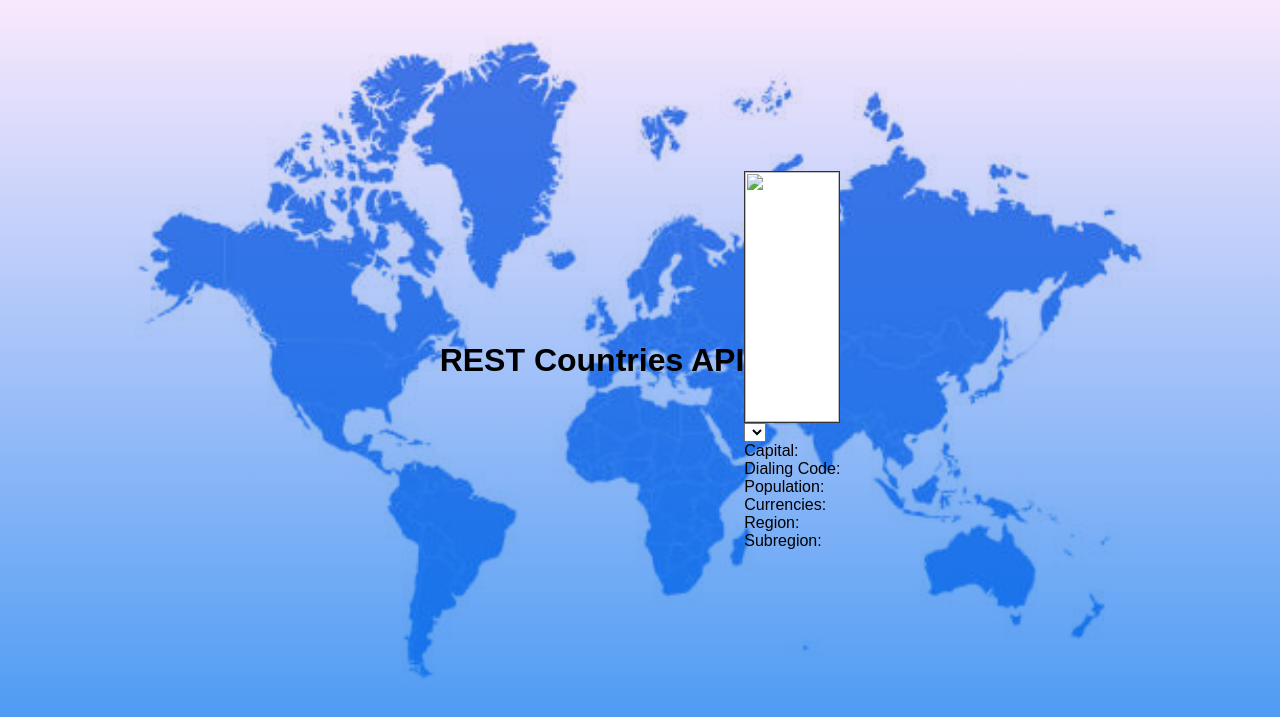
Repository: KhoaTran204/Rest-countries-api-app
Page: index.html
The author's editor kept a copy of each file at every save. The page is drawn from the files as they stood at one save, then again after the next save.
The browser window is 1280 px wide. The pictures show the whole page.
The page's requests for data from a server got no answer.

Above is the page before, as saved 2024-04-14 08:43:09.

### index.html
<!DOCTYPE html>
<html lang="en">
  <head>
    <meta charset="UTF-8" />
    <meta name="viewport" content="width=device-width, initial-scale=1.0" />
    <link rel="stylesheet" href="style.css" />
    <title>Rest Countries API</title>
  </head>
  <body>
    <h1>REST Countries API</h1>
    <div id="main-container">
      <div id="flag-container">
        <img src="" alt="" />
      </div>
      <div id="info-container">
        <select id="countries"></select>
        <p>Capital: <span id="capital"></span></p>
        <p>Dialing Code: <span id="dialing-code"></span></p>
        <p>Population: <span id="population"></span></p>
        <p>Currencies: <span id="currencies"></span></p>
        <p>Region: <span id="region"></span></p>
        <p>Subregion: <span id="subregion"></span></p>
      </div>
    </div>
    <script src="app.js"></script>
  </body>
</html>

### style.css
* {
  margin: 0;
  padding: 0;
  box-sizing: border-box;
}

body {
  font-family: sans-serif;
  height: 100vh;
  display: flex;
  justify-content: center;
  align-items: center;
  /* background-image: url(anh/bando.jpg);
  background-repeat: no-repeat;
  background-position: center;
  background-size: cover; */
  background: linear-gradient(
      to top,
      rgba(4, 113, 239, 0.7),
      rgba(191, 35, 235, 0.1)
    ),
    url(anh/bando.jpg) no-repeat center/cover;
}

#flag-container {
  height: 252px;
  background-color: #fff;
  border: 1px solid #333;
}

#flag-container img {
  display: block;
  width: 100%;
  height: 100%;
}

.container {
  background-color: aquamarine;
}

### app.js
const countrieslist = document.getElementById("countries");
let countries;

countrieslist.addEventListener("change", (event) =>
  displayCountryInfo(event.target.value)
);

// fetch("https://restcountries.com/v2/all")
//   .then(function (res) {
//     console.log(res);
//     return res.json();
//   })
//   .then(function (data) {
//     console.log(data);
//     initialize(data);
//   })
//   .catch(function (err) {
//     console.log("Lỗi: ", err);
//   });
fetch("https://restcountries.com/v2/all").then((res) => {
  res
    .json()
    .then((data) => initialize(data))
    .catch((err) => console.log("Lỗi: ", err));
});
function initialize(countriesData) {
  countries = countriesData;
  let options = "";
  //   for (let i = 0; i < countries.length; i++) {
  //     options += `<option value="${countries[i].alpha3Code}">${countries[i].name}</option>`;
  //   }
  countries.forEach(
    (country) =>
      (options += `<option value="${country.alpha3Code}">${country.name}</option>`)
  );
  //   document.getElementById("countries").innerHTML = options;
  //   document.querySelector("countries").innerHTML = options;
  countrieslist.innerHTML = options;
  countrieslist.selectedIndex = Math.floor(
    Math.random() * countrieslist.length
  );
  displayCountryInfo(countrieslist[countrieslist.selectedIndex].value);
}

function displayCountryInfo(countryByAlpha3Code) {
  const countryData = countries.find(
    (country) => country.alpha3Code === countryByAlpha3Code
  );
  console.log(countryData);
  document.querySelector("#flag-container img").src = countryData.flag;
  document.querySelector(
    "#flag-container img"
  ).alt = `Flag of ${countryData.name}`;
  document.getElementById("capital").innerHTML = countryData.capital;
  document.getElementById(
    "dialing-code"
  ).innerHTML = `+ ${countryData.callingCodes[0]}`;
  document.getElementById("population").innerHTML =
    countryData.population.toLocaleString("en-US");
  document.getElementById("currencies").innerHTML = countryData.currencies
    .filter((c) => c.name)
    .map((c) => `${c.name} (${c.code})`)
    .join(", ");
  document.getElementById("region").innerHTML = countryData.region;
  document.getElementById("subregion").innerHTML = countryData.subregion;
}

After the next save:
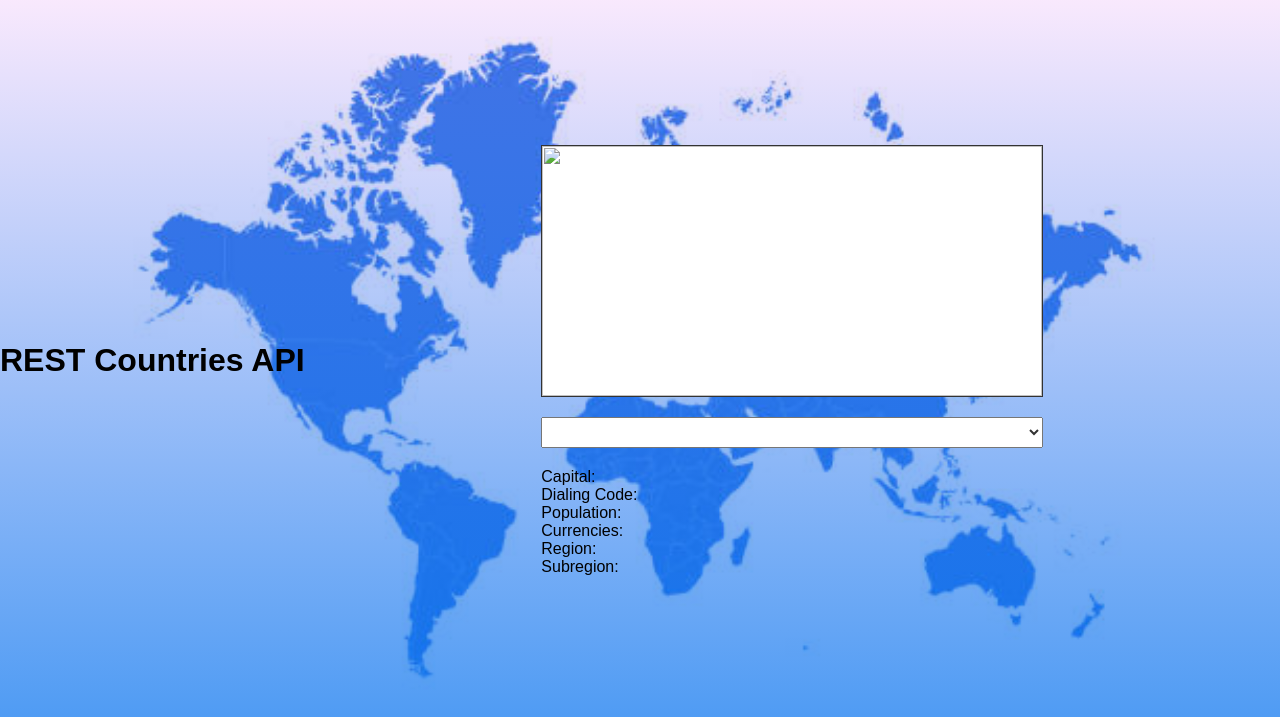
Saved 2 min 16 s later.
--- a/style.css
+++ b/style.css
@@ -37,3 +37,27 @@ body {
 .container {
   background-color: aquamarine;
 }
+#main-container {
+  width: 502px;
+  margin: 30px auto;
+  padding: 0;
+}
+#flag-container {
+  height: 252px;
+  background-color: #fff;
+  border: 1px solid #333;
+}
+#flag-container img {
+  display: block;
+  width: 100%;
+  height: 100%;
+}
+#info-container select {
+  display: block;
+  margin: 20px auto;
+  padding: 5px;
+  min-width: 100%;
+  color: #333;
+  font-size: 15px;
+  font-weight: 900;
+  text-align-last: center;
